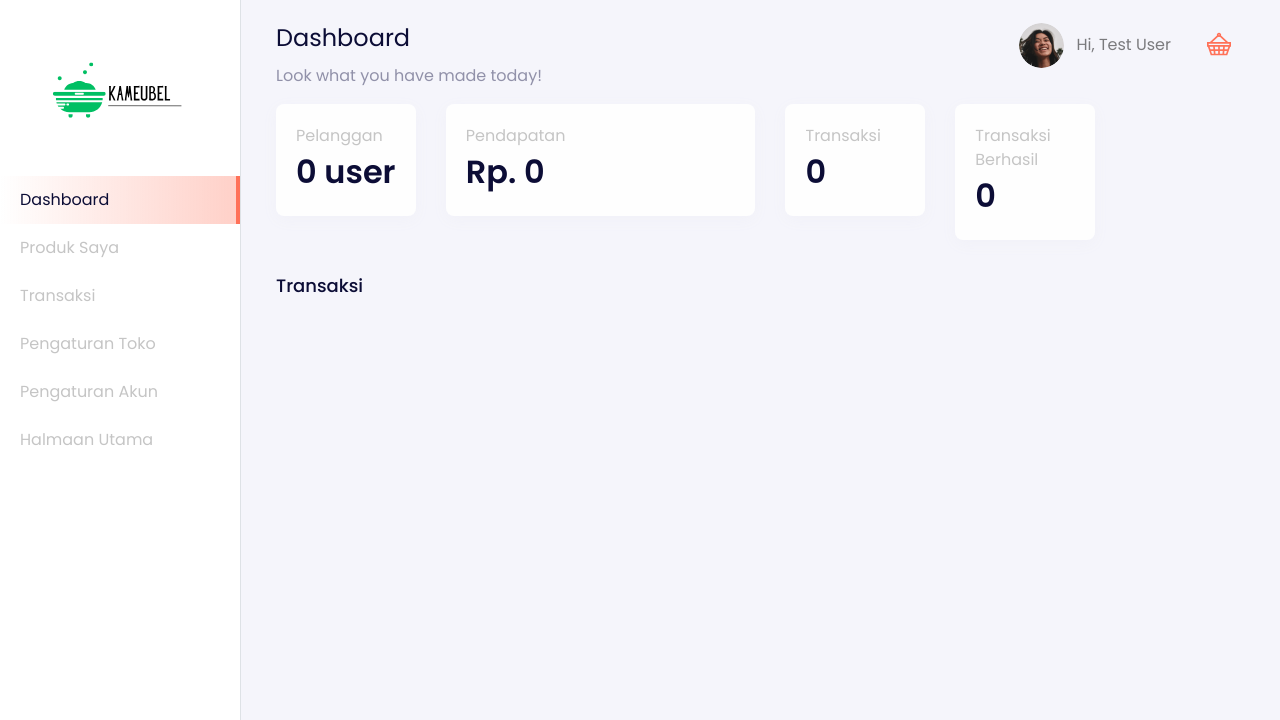
Repository: asyrofuddien/Meubel_Store
Page: http://localhost/dashboard
The author's editor kept a copy of each file at every save. The page is drawn from the files as they stood at one save, then again after a run of saves.
The browser window is 1280 px wide. The pictures show the whole page.
The page is served by the project's Laravel application, run on PHP 8.4 with Laravel 8. A made-up administrator, Test User (test@example.com), is signed in. Other server files are loaded and not shown. Queries for data that is not in the repository find no rows.

Above is the page before, as saved 2023-08-08 11:05:07.

### routes/web.php
<?php

use Illuminate\Support\Facades\Route;
use Illuminate\Support\Facades\Auth;

/*
|--------------------------------------------------------------------------
| Web Routes
|--------------------------------------------------------------------------
|
| Here is where you can register web routes for your application. These
| routes are loaded by the RouteServiceProvider within a group which
| contains the "web" middleware group. Now create something great!
|
*/
Route::get('/', 'HomeController@index')->name('home');

Route::get('/categories', 'CategoryController@index')->name('categories');
Route::get('/categories/{id}', 'CategoryController@detail')->name('categories-detail');

Route::get('/details/{id}', 'DetailController@index')->name('detail');
Route::post('/details/{id}', 'DetailController@add')->name('detail-add');

Route::post('/checkout/callback', 'CheckoutController@callback')->name('midtrans-callback');

Route::get('/success', 'CartController@success')->name('success');
Route::get('/register/success', 'Auth\RegisterController@success')->name('register-success');

Route::group(['middleware' => ['auth']], function(){

    Route::get('/cart', 'CartController@index')->name('cart');
    Route::delete('/cart/{id}', 'CartController@delete')->name('cart-delete');

    Route::post('/checkout', 'CheckoutController@process')->name('checkout');

    Route::get('/dashboard', 'DashboardController@index')->name('dashboard');

    Route::get('/dashboard/products', 'DashboardProductController@index')->name('dashboard-product');

    Route::get('/dashboard/products/create', 'DashboardProductController@create')->name('dashboard-product-create');
    Route::post('/dashboard/products', 'DashboardProductController@store')->name('dashboard-product-store');

    Route::get('/dashboard/products/{id}', 'DashboardProductController@details')->name('dashboard-product-details');
    Route::post('/dashboard/products/{id}', 'DashboardProductController@update')->name('dashboard-product-update');

    Route::post('/dashboard/products/gallery/upload', 'DashboardProductController@uploadGallery')->name('dashboard-product-gallery-upload');

    Route::get('/dashboard/products/gallery/delete/{id}', 'DashboardProductController@deleteGallery')->name('dashboard-product-gallery-delete');

    Route::get('/dashboard/transactions', 'DashboardTransactionController@index')->name('dashboard-transaction');
    Route::get('/dashboard/transactions/{id}', 'DashboardTransactionController@details')->name('dashboard-transaction-details');
    Route::post('/dashboard/transactions/{id}', 'DashboardTransactionController@update')->name('dashboard-transaction-update');

    Route::get('/dashboard/settings', 'DashboardSettingController@store')->name('dashboard-settings-store');
    Route::get('/dashboard/account', 'DashboardSettingController@account')->name('dashboard-settings-account');
    Route::post('/dashboard/account/{redirect}', 'DashboardSettingController@update')->name('dashboard-settings-redirect');

});

// ->middleware(['auth', 'admin'])
Route::prefix('admin')
    ->namespace('Admin')
    ->middleware(['auth', 'admin'])
    ->group(function() {
        Route::get('/', 'DashboardController@index')->name('admin-dashboard');
        Route::resource('category', 'CategoryController');
        Route::resource('user', 'UserController');
        Route::resource('product', 'ProductController');
        Route::resource('product-gallery', 'ProductGalleryController');
        Route::resource('transaction', 'TransactionController');
    });

Auth::routes();

### app/User.php
<?php

namespace App;

use Illuminate\Contracts\Auth\MustVerifyEmail;
use Illuminate\Foundation\Auth\User as Authenticatable;
use Illuminate\Notifications\Notifiable;

class User extends Authenticatable
{
    use Notifiable;

    /**
     * The attributes that are mass assignable.
     *
     * @var array
     */
    protected $fillable = [
        'name', 'email', 'password', 'roles', 'store_name', 'categories_id', 'store_status',
        'address_one', 'address_two', 'provinces_id', 'regencies_id', 'zip_code', 'country', 'phone_number'
    ];

    /**
     * The attributes that should be hidden for arrays.
     *
     * @var array
     */
    protected $hidden = [
        'password', 'remember_token',
    ];

    /**
     * The attributes that should be cast to native types.
     *
     * @var array
     */
    protected $casts = [
        'email_verified_at' => 'datetime',
    ];



}

### app/Http/Controllers/DashboardController.php
<?php

namespace App\Http\Controllers;

use Illuminate\Http\Request;
use Illuminate\Support\Facades\Auth;

use App\TransactionDetail;
use App\User;

class DashboardController extends Controller
{
    /**
     * Show the application dashboard.
     *
     * @return \Illuminate\Contracts\Support\Renderable
     */
    public function index()
    {
        $transactions = TransactionDetail::with(['transaction.user', 'product.galleries'])
                            ->whereHas('product', function($product){
                                $product->where('users_id', Auth::user()->id);
                            });
        $transactions2 = TransactionDetail::with(['transaction.user', 'product.galleries'])
                            ->whereHas('product', function($product){
                                $product->where('users_id', Auth::user()->id);
                            })->whereHas('transaction', function ($transaction) {
                                $transaction->where('transaction_status', 'BERHASIL');
                            });

        $reveneu = $transactions2->orderby('created_at', 'DESC')->get()->reduce(function ($carry, $item){
            $total = $carry + $item->price;
            return $total - ($total*0.01) ; //pendapatan dikurangi 1 persen
        });

        $customer = User::count();

        return view('pages.dashboard', [
            'transaction_count' => $transactions->count(),
            'transaction_count_succes' => $transactions2->count(),
            'transaction_data' => $transactions->get(),
            'revenue' => $reveneu,
            'customer' => $customer
        ]);
    }
}

### app/TransactionDetail.php
<?php

namespace App;

use Illuminate\Database\Eloquent\Model;

class TransactionDetail extends Model
{
    /**
     * The attributes that are mass assignable.
     *
     * @var array
     */
    protected $fillable = [
       'transactions_id', 'products_id', 'price', 'shipping_status', 'resi', 'code'
    ];

    /**
     * The attributes that should be hidden for arrays.
     *
     * @var array
     */
    protected $hidden = [

    ];

    public function product(){
        return $this->hasOne(Product::class, 'id', 'products_id');
    }

    public function transaction(){
        return $this->hasOne(Transaction::class, 'id', 'transactions_id');
    }
}

### app/Product.php
<?php

namespace App;

use Illuminate\Database\Eloquent\Model;
use Illuminate\Database\Eloquent\SoftDeletes;

class Product extends Model
{
    use SoftDeletes;

    protected $fillable = [
        'name', 'users_id', 'categories_id', 'price', 'description', 'slug'
    ];

    public $hidden = [

    ];

    public function galleries(){
        return $this->hasMany(ProductGallery::class, 'products_id', 'id');
    }

    public function user(){
        return $this->hasOne(User::class, 'id', 'users_id');
    }

    public function category(){
        return $this->belongsTo(Category::class, 'categories_id', 'id');
    }
}

### app/Transaction.php
<?php

namespace App;

use Illuminate\Database\Eloquent\Model;

class Transaction extends Model
{
     /**
     * The attributes that are mass assignable.
     *
     * @var array
     */
    protected $fillable = [
       'users_id', 'inscurance_price', 'shipping_price', 'transaction_status', 'total_price', 'code'
    ];

    /**
     * The attributes that should be hidden for arrays.
     *
     * @var array
     */
    protected $hidden = [

    ];

    public function user(){
        return $this->belongsTo(User::class, 'users_id', 'id');
    }

}

### resources/views/pages/dashboard.blade.php
@extends('layouts.dashboard')

@section('title')
    Dashboard Toko
@endsection

@section('content')
    <!-- Page Content -->
    <div
        class="section-content section-dashboard-home"
        data-aos="fade-up"
        >
        <div class="container-fluid">
            <div class="dashboard-heading">
            <h2 class="dashboard-title">Dashboard</h2>
            <p class="dashboard-subtitle">Look what you have made today!</p>
            <div class="dashboard-content">
                <div class="row">
                <div class="col-md-2">
                    <div class="card mb-4">
                    <div class="card-body">
                        <div class="dashboard-card-title">Pelanggan</div>
                        <div class="dashboard-card-subtitle">{{ number_format($customer) }} user</div>
                    </div>
                    </div>
                </div>
                <div class="col-md-4">
                    <div class="card mb-2">
                    <div class="card-body">
                        <div class="dashboard-card-title">Pendapatan</div>
                        <div class="dashboard-card-subtitle">Rp. {{ number_format($revenue) }}</div>
                    </div>
                    </div>
                </div>
                <div class="col-md-2">
                    <div class="card mb-2">
                    <div class="card-body">
                        <div class="dashboard-card-title">Transaksi</div>
                        <div class="dashboard-card-subtitle">
                        {{ number_format($transaction_count) }}
                        </div>
                    </div>
                    </div>
                </div>
                <div class="col-md-2">
                    <div class="card mb-2">
                    <div class="card-body">
                        <div class="dashboard-card-title">Transaksi Berhasil</div>
                        <div class="dashboard-card-subtitle">
                        {{ number_format($transaction_count_succes) }}
                        </div>
                    </div>
                    </div>
                </div>
                </div>
                <div class="row mt-3">
                    <div class="col-12 mt-2">
                        <h5 class="mb-3">Transaksi</h5>
                        @foreach ($transaction_data as $transaction)
                            <a
                                href="{{  route('dashboard-transaction-details', $transaction->id)  }}"
                                class="card card-list d-block"
                                >
                                <div class="card-body">
                                    <div class="row">
                                        <div class="col-md-1">
                                            <img
                                            src="{{ Storage::url($transaction->product->galleries->first()->photos ?? '') }}"
                                            class="w-50"
                                            />
                                        </div>
                                        <div class="col-md-4">{{ $transaction->product->name ?? '' }}</div>
                                        <div class="col-md-3">{{ $transaction->transaction->user->name ?? '' }}</div>
                                        <div class="col-md-3">{{ $transaction->created_at ?? '' }}</div>
                                        <div class="col-md-1 d-none-d-md-block">
                                            <img
                                            src="/images/dashboard-arrow-right.svg"
                                            alt=""
                                            />
                                        </div>
                                    </div>
                                </div>
                            </a>
                        @endforeach
                    </div>
                </div>
            </div>
            </div>
        </div>
    </div>
@endsection

### resources/views/layouts/dashboard.blade.php
<!DOCTYPE html>
<html lang="en">
  <head>
    <meta charset="utf-8" />
    <meta
      name="viewport"
      content="width=device-width, initial-scale=1, shrink-to-fit=no"
    />
    <meta name="description" content="" />
    <meta name="author" content="" />
    <link rel="shortcut icon" href="/images/logoicon.svg" type="image/x-icon">
    <title>@yield('title')</title>

    @stack('prepend-style')
    <link href="https://unpkg.com/aos@2.3.1/dist/aos.css" rel="stylesheet" />
    <link href="/style/main.css" rel="stylesheet" />
    @stack('addon-style')
  </head>

  <body>
    <div class="page-dashboard">
      <div class="d-flex" id="wrapper" data-aos="fade-right">
        <!-- sidebar -->
        <div class="border-right" id="sidebar-wrapper">
          <div class="sidebar-heading text-center">
            <img src="/images/logo.svg" class="my-4" alt="" />
          </div>
          <div class="list-group list-group-flush">
            <a
              href="{{ route('dashboard') }}"
              class="list-group-item list-group-item-action {{ (request()->is('dashboard')) ? 'active' : '' }}"
            >
              Dashboard</a
            >
            <a
              href="{{ route('dashboard-product') }}"
              class="list-group-item list-group-item-action {{ (request()->is('dashboard/products*')) ? 'active' : '' }}"
            >
              Produk Saya</a
            >
            <a
              href="{{ route('dashboard-transaction') }}"
              class="list-group-item list-group-item-action {{ (request()->is('dashboard/transactions*')) ? 'active' : '' }}"
            >
              Transaksi</a
            >
            <a
              href="{{ route('dashboard-settings-store') }}"
              class="list-group-item list-group-item-action {{ (request()->is('dashboard/settings*')) ? 'active' : '' }}"
            >
              Pengaturan Toko</a
            >
            <a
              href="{{ route('dashboard-settings-account') }}"
              class="list-group-item list-group-item-action {{ (request()->is('dashboar/account*')) ? 'active' : '' }}"
            >
              Pengaturan Akun</a
            >
            <a
              href="/"
              class="list-group-item list-group-item-action"
            >
              Halmaan Utama</a
            >
          </div>
        </div>

        <!-- Page Content -->
        <div id="page-content-wrapper">
          <nav
            class="navbar navbar-expand-lg navbar-light navbar-store fixed-top"
            data-aos="fade-down"
          >
            <div class="container-fluid">
              <button
                class="btn btn-secondary d-md-none mr-auto mr-2"
                id="menu-toggle"
              >
                &laquo; Menu
              </button>
              <button
                class="navbar-toggler"
                type="button"
                data-toggle="collapse"
                data-target="#navbarSupportedContent"
              >
                <span class="navbar-toggler-icon"></span>
              </button>
              <div class="collapse navbar-collapse" id="navbarSupportedContent">
                <!-- Desktop Menu -->
                <ul class="navbar-nav d-none d-lg-flex ml-auto">
                  <li class="nav-item dropdown">
                    <a
                      href="#"
                      class="nav-link"
                      id="navbarDropdown"
                      role="button"
                      data-toggle="dropdown"
                    >
                      <img
                        src="/images/icon-user.png"
                        alt=""
                        class="rounded-circle mr-2 profil-picture"
                      />
                      Hi, {{ Auth::user()->name }}
                    </a>
                    <div class="dropdown-menu">
                        <a href="{{ route('dashboard') }}" class="dropdown-item"
                            >Dashboard</a
                        >
                        <a
                            href="{{ route('dashboard-settings-account') }}"
                            class="dropdown-item"
                            >Setting</a
                        >
                        <div class="dropdown-divider"></div>
                            <a href="{{ route('logout') }}" onclick="event.preventDefault(); document.getElementById('logout-form').submit();"
                              class="dropdown-item"
                              >Logout</a>
                            <form id="logout-form" action="{{ route('logout') }}" method="POST" class="d-none">
                                @csrf
                            </form>
                    </div>
                  </li>
                  <li class="nav-item">
                      <a href="{{ route('cart') }}" class="nav-link d-inline-block mt-2">
                          @php
                          $carts = \App\Cart::where('users_id', Auth::user()->id)->count();
                          @endphp

                          @if ($carts > 0)
                              <img src="/images/icon-cart-filled.svg" alt="" />
                              <div class="card-badge">{{ $carts }}</div>
                          @else
                            <img src="/images/icon-cart-empty.svg" alt="" />
                          @endif
                      </a>
                  </li>
                </ul>

                <ul class="navbar-nav d-block d-lg-none">
                  <li class="nav-item">
                    <a href="#" class="nav-link"> Hi, {{ Auth::user()->name }} </a>
                  </li>
                  <li class="nav-item">
                    <a href="#" class="nav-link d-inline-box"> Cart </a>
                  </li>
                </ul>
              </div>
            </div>
          </nav>
          {{-- Content --}}
          @yield('content')
        </div>
      </div>
    </div>

    <!-- Bootstrap core JavaScript -->
    @stack('prepend-script')
    <script src="/vendor/jquery/jquery.slim.min.js"></script>
    <script src="/vendor/bootstrap/js/bootstrap.bundle.min.js"></script>
    <script src="https://unpkg.com/aos@2.3.1/dist/aos.js"></script>
    <script>
      AOS.init();
    </script>
    <script>
      $("#menu-toggle").click(function (e) {
        e.preventDefault();
        $("#wrapper").toggleClass("toggled");
      });
    </script>
    @stack('addon-script')
  </body>
</html>

### app/Cart.php
<?php

namespace App;

use Illuminate\Database\Eloquent\Model;

class Cart extends Model
{
    protected $fillable = [
        'products_id', 'users_id'
    ];

    public $hidden = [

    ];

    public function product(){
        return $this->hasOne(Product::class, 'id', 'products_id');
    }

    public function user(){
        return $this->belongsTo(User::class, 'users_id', 'id');
    }
}

### public/images/icon-cart-empty.svg
<svg width="24" height="24" viewBox="0 0 24 24" fill="none" xmlns="http://www.w3.org/2000/svg">
<path d="M24 14.8052V10.0134H21.0326L14.0085 3.52308C14.0873 3.30075 14.1307 3.06174 14.1307 2.81266C14.1307 1.6378 13.1749 0.681976 12 0.681976C10.8251 0.681976 9.86932 1.6378 9.86932 2.81266C9.86932 3.06171 9.91267 3.30075 9.99155 3.52308L2.96739 10.0134H0V14.8052H0.838911L3.75375 23.3181H20.2462L23.161 14.8052H24V14.8052ZM15.903 17.3536H12.8412V14.8284H16.1524L15.903 17.3536ZM11.1588 21.6356H8.5198L8.2631 19.0361H11.1588V21.6356ZM8.09698 17.3536L7.84763 14.8284H11.1588V17.3536H8.09698ZM12.4482 2.81266C12.4482 2.94258 12.3923 3.05941 12.3037 3.14133C12.2238 3.21526 12.1172 3.26086 12 3.26086C11.8828 3.26086 11.7763 3.21526 11.6963 3.14133C11.6077 3.05939 11.5518 2.94258 11.5518 2.81266C11.5518 2.68274 11.6077 2.5659 11.6963 2.48398C11.7762 2.41005 11.8828 2.36445 12 2.36445C12.1172 2.36445 12.2237 2.41005 12.3037 2.48398C12.3923 2.56593 12.4482 2.68274 12.4482 2.81266ZM11.1336 4.75854C11.3985 4.87695 11.6916 4.94336 12 4.94336C12.3084 4.94336 12.6015 4.87695 12.8664 4.75854L18.5535 10.0134H5.44657L11.1336 4.75854ZM1.68247 11.6959H22.3175V13.1227H1.68247V11.6959ZM6.15699 14.8284L6.40634 17.3536H3.4899L2.62525 14.8284H6.15699ZM4.95605 21.6356L4.06597 19.0361H6.57249L6.82916 21.6356H4.95605ZM12.8412 19.0361H15.7369L15.4802 21.6356H12.8412V19.0361ZM19.044 21.6356H17.1708L17.4275 19.0361H19.934L19.044 21.6356ZM20.5101 17.3536H17.5937L17.843 14.8284H21.3748L20.5101 17.3536Z" fill="#FF7158"/>
</svg>

Loaded but not shown: app/Http/Controllers/Auth/LoginController.php (common file); app/Http/Controllers/Controller.php (common file); app/Http/Controllers/Auth/ConfirmPasswordController.php (common file); public/style/main.css (library); public/images/logo.svg (1 lines, source omitted)

After the next 2 saves:
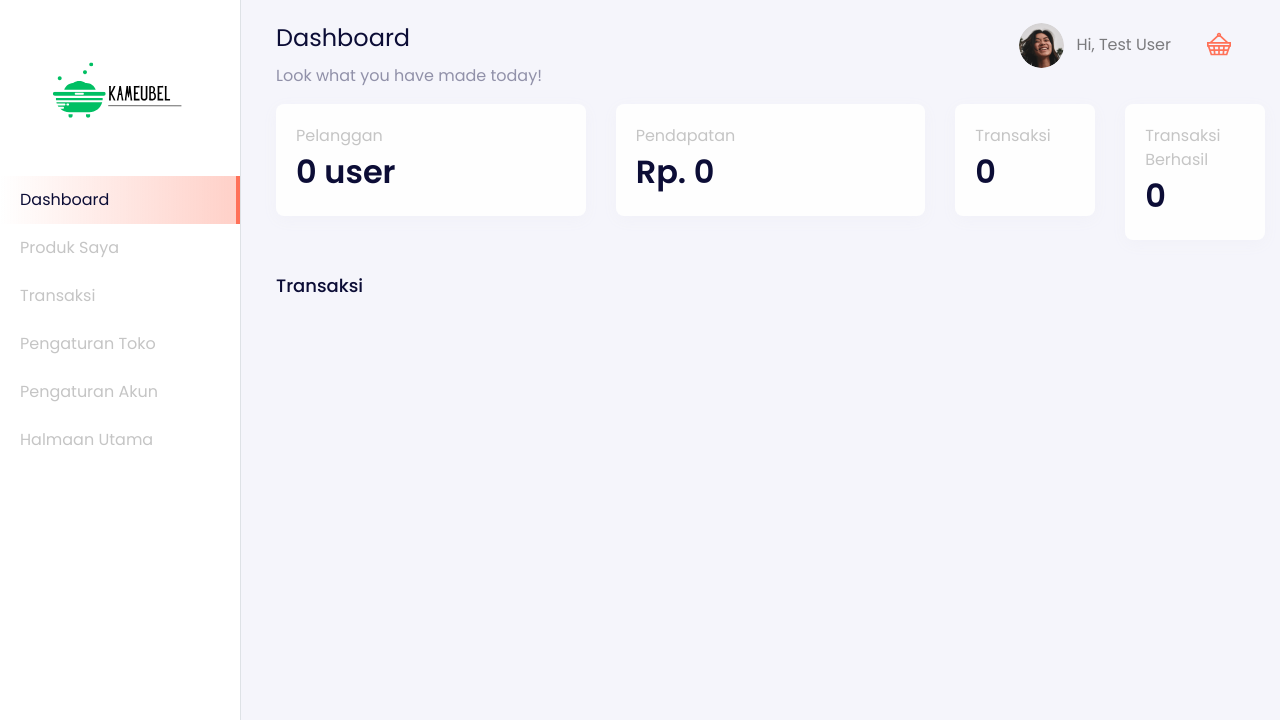
The 2 saves are shown as one change because they came seconds apart.
The last was saved 12 s later.
--- a/resources/views/pages/dashboard.blade.php
+++ b/resources/views/pages/dashboard.blade.php
@@ -16,8 +16,8 @@
             <p class="dashboard-subtitle">Look what you have made today!</p>
             <div class="dashboard-content">
                 <div class="row">
-                <div class="col-md-2">
-                    <div class="card mb-4">
+                <div class="col-md-4">
+                    <div class="card mb-2">
                     <div class="card-body">
                         <div class="dashboard-card-title">Pelanggan</div>
                         <div class="dashboard-card-subtitle">{{ number_format($customer) }} user</div>
